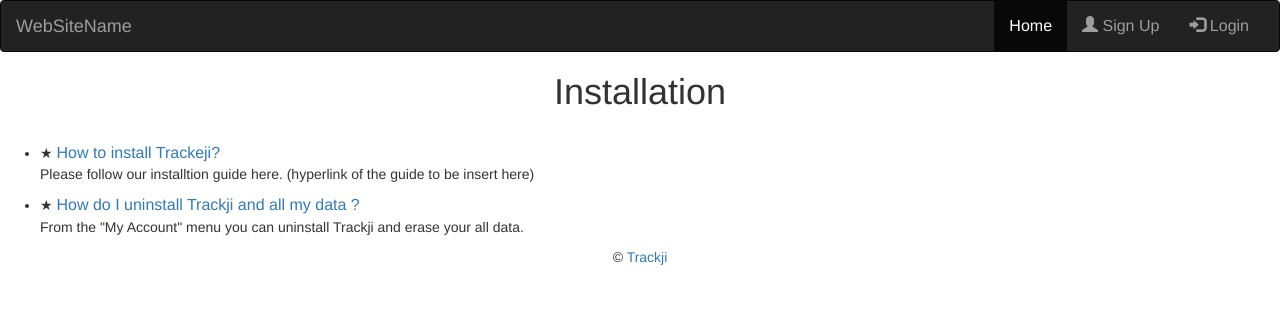
Repository: prathmeshgodbole/Web_Development
Page: Mobile_tracker/Installation.html
These files come from the project's save history. The page is drawn as it stood at one moment and after the next save; the edit follows.
The browser window is 1280 px wide. The pictures show the whole page.

Above is the page before, as saved 2020-03-08 18:00:29.

### Mobile_tracker/Installation.html
<!DOCTYPE html>
<html lang="en">



<head>
    <title>Bootstrap Example</title>
    <meta charset="utf-8">
    <meta name="viewport" content="width=device-width, initial-scale=1">
    <link rel="stylesheet" href="https://maxcdn.bootstrapcdn.com/bootstrap/3.4.1/css/bootstrap.min.css">
    <link rel="stylesheet" href="./css/installation.css">
    <script src="https://ajax.googleapis.com/ajax/libs/jquery/3.4.1/jquery.min.js"></script>
    <script src="https://maxcdn.bootstrapcdn.com/bootstrap/3.4.1/js/bootstrap.min.js"></script>
</head>

<body>

    <nav class="navbar navbar-inverse">
        <div class="container-fluid">
            <div class="navbar-header">
                <button type="button" class="navbar-toggle" data-toggle="collapse" data-target="#myNavbar">
        <span class="icon-bar"></span>
        <span class="icon-bar"></span>
        <span class="icon-bar"></span>
      </button>
                <a class="navbar-brand" href="#">WebSiteName</a>
            </div>
            <div class="collapse navbar-collapse" id="myNavbar">

                <ul class="nav navbar-nav navbar-right">
                    <li class="active"><a href="#">Home</a></li>
                    <li><a href="#"><span class="glyphicon glyphicon-user"></span> Sign Up</a></li>
                    <li><a href="#"><span class="glyphicon glyphicon-log-in"></span> Login</a></li>
                </ul>
            </div>
        </div>
    </nav>




    <div class="section-header">
        <h1 class="section-title">Installation</h1>
    </div>



    <ul class="article-list">

        <li class="article-promoted">
            <span data-title="Promoted article">★</span>
            <a href="">How to install Trackeji?</a>
            <p>Please follow our installtion guide here. (hyperlink of the guide to be insert here)</p>
        </li>

        <li class="article-promoted">
            <span data-title="Promoted article">★</span>
            <a href="">How do I uninstall Trackji and all my data ?</a>
            <p>From the "My Account" menu you can uninstall Trackji and erase your all data.</p>
        </li>

    </ul>

    <!--/.container-->
    <footer class="footer container">
        <div class="container-inner">
            <p class="copyright">&copy; <a href=>Trackji</a></p>
        </div>
    </footer>



</body>

</html>

### Mobile_tracker/css/installation.css
*body {
    margin: 0%;
    padding: 0%;
}

.section-header h1 {
    text-align: center;
}

ul {
    margin-top: 30px;
}

ul li a {
    margin-top: 2opx;
    font-size: medium;
}

.footer {
    text-align: center;
}

After the next save:
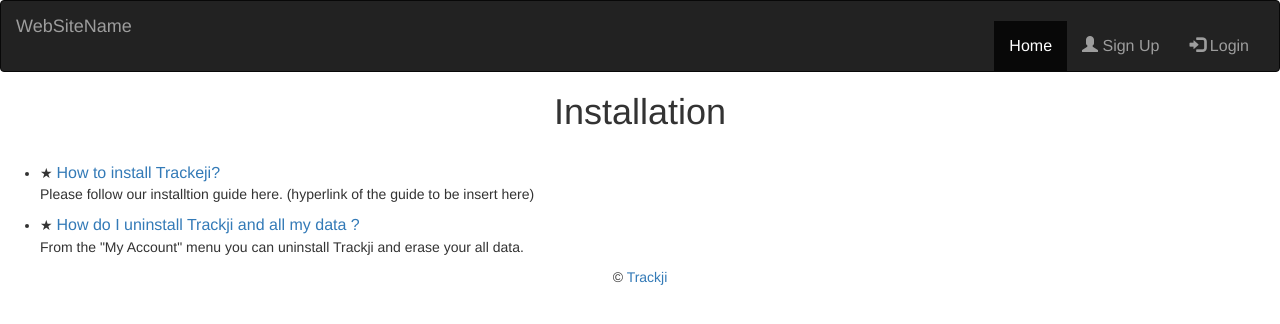
Saved 4 s later.
--- a/Mobile_tracker/css/installation.css
+++ b/Mobile_tracker/css/installation.css
@@ -12,7 +12,7 @@ ul {
 }
 
 ul li a {
-    margin-top: 2opx;
+    margin-top: 20px;
     font-size: medium;
 }
 
